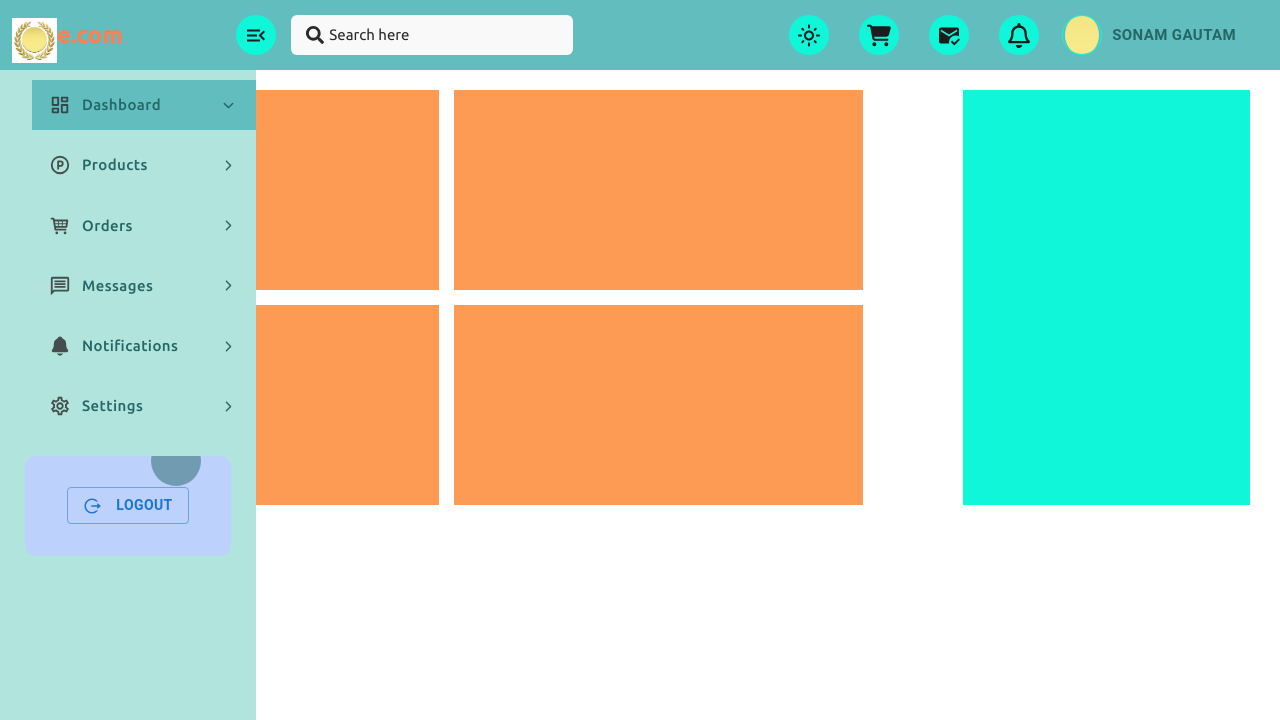
Repository: gautamsonam011/admin-react-dashboard
Page: /
An editor plug-in stored every save of this project. The page is shown before and after the next save, followed by the edit.
The browser window is 1280 px wide. The pictures show the whole page.
The project was rebuilt for these pictures with package versions that can differ from the ones it lists, and the page was loaded fresh each time.

Above is the page before, as saved 2025-04-16 12:42:55.

### src/App.js
import { BrowserRouter, Routes, Route } from 'react-router-dom';
import './App.css';
import 'bootstrap/dist/css/bootstrap.min.css';
import Dashboard from './pages/Dashboard/Dashboard';
import Header from "./components/Header/index";
import Sidebar from './components/Sidebar';

function App() {
  return (
    <BrowserRouter>
    <Header/>
    <div className='main d-flex'>
      <div className='sidebarWrapper'>
        <Sidebar/>
      </div>
    </div>
    <div className='content'>
    <Routes>
      <Route path = "/" exact={true} element={<Dashboard/>} />
    </Routes>
    </div>

    </BrowserRouter>
  );
}

export default App;

### src/App.css
@import url('https://fonts.googleapis.com/css2?family=Ubuntu:ital,wght@0,300;0,400;0,500;0,700;1,300;1,400;1,500;1,700&display=swap');

body{
  font-family: "Ubuntu", sans-serif !important;
  background-color: #f4f8f7;

}

header{
  width:100%;
  height: 70px;
  background-color:#62bebe;
  position: fixed;
  top:0px;
  left:0px;
  z-index: 1000;
}
header .logo{
  text-decoration: none;
}
header .logo img{
  margin-top: 10px;
  width:45px;

}

header .logo span{
color: coral;
font-weight: bolder;
font-size: 24px;
}
header button.rounded-circle{min-width:40px !important; width:40px !important; height: 40px !important; background-color:#0ff7d8 !important; margin: 15px;}
header button.rounded-circle svg{color:rgb(29, 27, 27); font-size: 25px !important; transition: all 0.2s ease-in-out;}
header button.rounded-circle:hover svg{color: #2585d4 !important;}
.searchBox{width:400px; height: 40px; background-color:#faf9f9; border-radius: 6px;padding: 3px 15px;}
.searchBox input{background: transparent;border:0px; outline:none; padding-left: 5px; font-size: 15px; color:#292929}
.searchBox input::-webkit-input-placeholder{color:#292929}
.searchBox svg{font-size: 18px; color:#292929 ;}

.userImg{display: flex; align-items:center; justify-content: center; overflow: hidden; width:40px; height: 40px; border:1px solid #0ff7d8; padding: 2px; border-radius: 100%;}
.userImg .rounded-circle{display: flex; align-items:center; justify-content: center; overflow: hidden; width: 40px; height: 40px; cursor: pointer; position: relative;}
.userImg .rounded-circle .img{object-fit: cover; width: 100%;}
.userInfo{padding-left: 10px;}
.userInfo h5{font-size: 15px; font-weight: 600; margin-bottom:0px; color: #266666;}

#account-menu li{font-size: 14px !important;}
#account-menu li svg{font-size: 20px !important}

.dropdown-info{padding-left: 6px;}
.dropdown-info h4{font-size: 15px; font-weight:600;margin-top: 2px; white-space: break-space; line-height: 21px;}
.dropdown-info p{font-size: 10px; color: #2585d4;}


/* Style for sidebar  */

.main .sidebarWrapper{width: 20%; flex: 0 0 20%; transition: all 0.3s ease-in-out;}
.main .sidebarWrapper .sidebar{width:20%; height: 100vh; position:fixed; top: 70px; left:0px; background:#b1e4dd; overflow-y: scroll; overflow-x: hidden;}
.main .sidebarWrapper .sidebar::-webkit-scrollbar-thumb{background: transparent !important; width:3px;}
.main .sidebarWrapper:hover .sidebar::-webkit-scrollbar{ background:#2585d4; width:3px;}
.main .sidebarWrapper .sidebar ul{margin-bottom:0px;}
.main .sidebarWrapper .sidebar ul li{list-style: none; margin-top:10px;}
.main .sidebarWrapper .sidebar ul li button{color:#266666; text-align: left; justify-content: left; border-radius:0px !important; padding: 12px 15px !important;
  align-items: center; text-transform: capitalize !important;font-family: "Ubuntu", sans-serif !important;
  margin-left: 0px; font-size: 15px !important;
}
.main .sidebarWrapper .sidebar ul li button .icon{display: flex; align-items:center; justify-content: center; width:25px; height:25px; margin-right: 10px;}
.main .sidebarWrapper .sidebar ul li button .icon svg{color:#292929; opacity: 0.8; font-size: 22px;}
.main .sidebarWrapper .sidebar ul li button .arrow{margin-left: auto; display: flex; align-items: center; justify-content: center; width: 25px; transition: all 0.3s ease-in-out}
.main .sidebarWrapper .sidebar ul li button:hover{background:#62bebe !important;}
.main .sidebarWrapper .sidebar ul li button.active{background: #62bebe !important;}
.main .sidebarWrapper .sidebar ul li button.active .arrow{transform: rotate(90deg);}

.main .sidebarWrapper .sidebar ul .submenu{padding: 0px 45px; position:relative; height:auto;}
.main .sidebarWrapper .sidebar ul .submenu::before{content:''; width:1px; height: 95%; position: absolute; top:0px; left:25px; background:rgba(0, 0, 0, 0.1);}
.main .sidebarWrapper .sidebar ul .submenu li{width:100%; list-style: none;}
.main .sidebarWrapper .sidebar ul .submenu li a{color:#266666 !important; text-decoration: none; font-family: "Ubuntu", sans-serif !important;
display: block; padding: 6px 0px; font-size: 14px !important; font-weight: 500; transition:all 0.3s}
.main .sidebarWrapper .sidebar ul .submenu li a:hover{color:#2585d4 !important;}

.main .sidebarWrapper .sidebar ul .submenuWrapper{transition:all 0.3s ease-in-out; height: 0px; overflow: hidden; }
.main .sidebarWrapper .sidebar ul .submenuWrapper.colapsed .submenu{opacity:0;}

.main .sidebarWrapper .sidebar ul .submenuWrapper.colapse{height:auto; overflow: inherit;}
.main .sidebarWrapper .sidebar ul .submenuWrapper.colapse .submenu{opacity:1; height:auto;}

.logoutWrapper{padding: 0px 25px;}
.logoutWrapper .logoutBox{width:100%; height:100px; padding: 25px; background:#bcd2fd; border-radius:10px; margin-bottom:20px; display:flex; align-items: center; justify-content: center;
position:relative; overflow:hidden;}
.logoutWrapper .logoutBox::before{content:''; width:50px; height:50px; background:#266666; border-radius: 100%; position:absolute; top: -20px; right: 30px; opacity:0.5}
.logoutWrapper .logoutBox::after{content:''; width:30px; height:30px; background:#266666; border-radius: 100%; position:absolute; top: -30px; left: 30px; opacity:0.5}
.logoutWrapper .logoutBox button{font-size:14px !important; font-weight: 600 !important; }
.logoutWrapper .logoutBox button svg{margin-right: 15px; font-size:18px;}

.main .content{width:80%; flex: 0 0 80%;}
.right-content{padding: 90px 30px;}
.dashboardBoxWrapper{gap: 15px; width:100%; flex-wrap: wrap;}
.dashboardBoxWrapper .dashboardBox{width:45%; height: 200px; background-color:rgb(253, 154, 83);}
.dashboardBoxWrapperRow .box{width:100%; height: 100%; background:#0ff7d8;}

### src/pages/Dashboard/Dashboard.jsx
const Dashboard = () => {
    return (
        <div className="right-content w-100">
            <div className="row dashboardBoxWrapperRow ">
                <div className="col-md-9">
                    <div className="dashboardBoxWrapper d-flex">
                        <div className="dashboardBox"></div>
                        <div className="dashboardBox"></div>
                        <div className="dashboardBox"></div>
                        <div className="dashboardBox"></div>
                    </div>
                </div>
                <div className="col-md-3">
                    <div className="box"></div>
                </div>
            </div>
        </div>
    )
}

export default Dashboard;

### src/components/Header/index.jsx
import React, { useState } from 'react';
import { Link } from "react-router-dom";
import logo from "../../assests/images/logo.jpg";
import Button from '@mui/material/Button';
import { MdMenuOpen } from "react-icons/md";
// import { MdOutlineMenu } from "react-icons/md";
import SearchBox from "../SearchBox";
import { MdOutlineLightMode } from "react-icons/md";
// import { MdDarkMode } from "react-icons/md";
import { FaCartShopping } from "react-icons/fa6";
import { MdMarkEmailRead } from "react-icons/md";
import { FaRegBell } from "react-icons/fa";


import Avatar from '@mui/material/Avatar';
import Menu from '@mui/material/Menu';
import MenuItem from '@mui/material/MenuItem';
import ListItemIcon from '@mui/material/ListItemIcon';
import Divider from '@mui/material/Divider';
import { FaShieldAlt } from "react-icons/fa";
import Settings from '@mui/icons-material/Settings';
import Logout from '@mui/icons-material/Logout';

const Header = () => {
    const [anchorEl, setAnchorEl] = useState(null);
    const [anchorElNotification, setAnchorElNotification] = useState(null);

    const open = Boolean(anchorEl);

    const handleOpenMyAccountDropdown = (event) => {
        if (anchorEl) {
            setAnchorEl(null);
        } else {
            setAnchorEl(event.currentTarget);
        }
    };

    const handleOpenMyAccountDropdownClose = () => {
        setAnchorEl(null);
    };

    // For Notification dropdown
    const handleOpennotificationsDrop = (event) => {
        setAnchorElNotification(event.currentTarget);
    };

    const handleClosenotificationsDrop = () => {
        setAnchorElNotification(null);
    };



    return (
        <>
            <header>
                <div className="container-fluid">
                    <div className="row d-flex align-items-center w-100">
                        {/* logo */}
                        <div className="col-sm-2">
                            <Link to="/" className="d-flex align-items-center logo">
                                <img src={logo} alt="logo" />
                                <span className="ml-2">e.com</span>
                            </Link>
                        </div>
                        <div className="col-sm-3 d-flex align-items-center pl-4">
                            <Button className="rounded-circle"><MdMenuOpen /></Button>
                            <SearchBox />
                        </div>
                        <div className="col-sm-7 d-flex align-items-center justify-content-end part3">
                            <Button className="rounded-circle"><MdOutlineLightMode /></Button>
                            <Button className="rounded-circle"><FaCartShopping /></Button>
                            <Button className="rounded-circle"><MdMarkEmailRead /></Button>
                            <Button className="rounded-circle" onClick={handleOpennotificationsDrop}>
                                <FaRegBell />
                            </Button>
                            <Menu
                                anchorEl={anchorElNotification}
                                open={Boolean(anchorElNotification)}
                                onClose={handleClosenotificationsDrop}
                                onClick={handleClosenotificationsDrop}
                                slotProps={{
                                    paper: {
                                        elevation: 0,
                                        sx: {
                                            overflow: 'visible',
                                            filter: 'drop-shadow(0px 2px 8px rgba(0,0,0,0.32))',
                                            mt: 1.5,
                                            '&::before': {
                                                content: '""',
                                                display: 'block',
                                                position: 'absolute',
                                                top: 0,
                                                right: 14,
                                                width: 10,
                                                height: 10,
                                                bgcolor: 'background.paper',
                                                transform: 'translateY(-50%) rotate(45deg)',
                                                zIndex: 0,
                                            },
                                        },
                                    },
                                }}
                                transformOrigin={{ horizontal: 'right', vertical: 'top' }}
                                anchorOrigin={{ horizontal: 'right', vertical: 'bottom' }}
                            >
                                <MenuItem onClick={handleClosenotificationsDrop}>
                                    Orders(12)
                                </MenuItem>
                                <Divider className="mb-2" />
                                <MenuItem onClick={handleClosenotificationsDrop}>
                                    <div className="d-flex align-items-center dropdown-list">

                                        <div className="userImg">
                                        <span className="rounded-circle">
                                            <img src={logo} alt="profile" />
                                        </span>

                                    </div>
                                    <div className='dropdown-info'>
                                        <h4><b>Sona</b> added Leather New Shoes</h4>
                                        <p>Few minutes ago</p>
                                    </div>
                                    </div>

                                </MenuItem>
                                <MenuItem onClick={handleClosenotificationsDrop}>
                                    <div className="d-flex align-items-center dropdown-list">

                                        <div className="userImg">
                                        <span className="rounded-circle">
                                            <img src={logo} alt="profile" />
                                        </span>

                                    </div>
                                    <div className='dropdown-info'>
                                        <h4><b>Sona</b> added Leather New Shoes</h4>
                                        <p>Few minutes ago</p>
                                    </div>
                                    </div>

                                </MenuItem>
                            </Menu>

                            <div className="myAccountWrapper">
                                <Button className="myAccount d-flex align-items-center" onClick={handleOpenMyAccountDropdown}>
                                    <div className="userImg">
                                        <span className="rounded-circle">
                                            <img src={logo} alt="profile" />
                                        </span>

                                    </div>
                                    <div className="userInfo">
                                        <h5>Sonam Gautam</h5>
                                    </div>

                                    <Menu
                                        anchorEl={anchorEl}
                                        id="account-menu"
                                        open={open}
                                        onClose={handleOpenMyAccountDropdownClose}
                                        onClick={handleOpenMyAccountDropdownClose}
                                        slotProps={{
                                            paper: {
                                                elevation: 0,
                                                sx: {
                                                    overflow: 'visible',
                                                    filter: 'drop-shadow(0px 2px 8px rgba(0,0,0,0.32))',
                                                    mt: 1.5,
                                                    '& .MuiAvatar-root': {
                                                        width: 32,
                                                        height: 32,
                                                        ml: -0.5,
                                                        mr: 1,
                                                    },
                                                    '&::before': {
                                                        content: '""',
                                                        display: 'block',
                                                        position: 'absolute',
                                                        top: 0,
                                                        right: 14,
                                                        width: 10,
                                                        height: 10,
                                                        bgcolor: 'background.paper',
                                                        transform: 'translateY(-50%) rotate(45deg)',
                                                        zIndex: 0,
                                                    },
                                                },
                                            },
                                        }}
                                        transformOrigin={{ horizontal: 'right', vertical: 'top' }}
                                        anchorOrigin={{ horizontal: 'right', vertical: 'bottom' }}
                                    >
                                        <MenuItem onClick={handleOpenMyAccountDropdownClose}>
                                            <Avatar /> Profile
                                        </MenuItem>
                                        <Divider />
                                        <MenuItem onClick={handleOpenMyAccountDropdownClose}>
                                            <ListItemIcon>
                                                <FaShieldAlt fontSize="small" />
                                            </ListItemIcon>
                                            Reset Password
                                        </MenuItem>
                                        <MenuItem onClick={handleOpenMyAccountDropdownClose}>
                                            <ListItemIcon>
                                                <Settings fontSize="small" />
                                            </ListItemIcon>
                                            Settings
                                        </MenuItem>
                                        <MenuItem onClick={handleOpenMyAccountDropdownClose}>
                                            <ListItemIcon>
                                                <Logout fontSize="small" />
                                            </ListItemIcon>
                                            Logout
                                        </MenuItem>
                                    </Menu>
                                </Button>
                            </div>
                        </div>
                    </div>
                </div>
            </header>
        </>
    )
}

export default Header

### src/components/Sidebar/index.jsx
import Button from '@mui/material/Button';
import { RiDashboardLine } from "react-icons/ri";
import { IoIosArrowForward } from "react-icons/io";
import { TbBrandProducthunt } from "react-icons/tb";
import { TiShoppingCart } from "react-icons/ti";
import { MdOutlineMessage } from "react-icons/md";
import { IoNotifications } from "react-icons/io5";
import { MdOutlineSettings } from "react-icons/md";
import { Link } from 'react-router-dom';
import React, {useState} from "react";
import { RiLogoutCircleRLine } from "react-icons/ri";

const Sidebar = () =>{
    const [activeTab, setActiveTab] = useState(0);
    const [isToggleSubmenu, setIsToggleSubmenu] = useState(false);

    const isOpenSubmenu = (index) =>{
        setActiveTab(index);
        setIsToggleSubmenu(!isToggleSubmenu);


    }

    return(
        <div className="sidebar">
            <ul>
                <li>
                    <Link to="/">
                    <Button className={`w-100 ${activeTab === 0 ? 'active' : ''}`} onClick={()=>isOpenSubmenu(0)}>
                        <span className='icon'><RiDashboardLine/></span>
                        Dashboard
                        <span className="arrow"><IoIosArrowForward/></span>
                    </Button>
                    </Link>
                </li>
                <li>
                    <Button className={`w-100 ${activeTab === 1 && isToggleSubmenu===true ?  'active' : ''}`} onClick={()=>isOpenSubmenu(1)}>
                        <span className='icon'><TbBrandProducthunt/></span>
                        Products
                        <span className="arrow"><IoIosArrowForward/></span>
                    </Button>
                    <div className={`submenuWrapper ${activeTab===1 && isToggleSubmenu===true ? 'colapse':'colapsed'}`}>
                    <ul className='submenu'>
                        <li><Link to="#">Product Add</Link></li>
                        <li><Link to="#">Product List</Link></li>
                        <li><Link to="#">Product View</Link></li>
                    </ul>
                    </div>
                </li>
                <li>
                    <Link to="/">
                    <Button className={`w-100 ${activeTab === 2 ? 'active' : ''}`} onClick={()=>isOpenSubmenu(2)}>
                        <span className='icon'><TiShoppingCart/></span>
                        Orders
                        <span className="arrow"><IoIosArrowForward/></span>
                    </Button>
                    </Link>
                </li>
                <li>
                    <Link to="/">
                    <Button className={`w-100 ${activeTab === 3 ? 'active' : ''}`} onClick={()=>isOpenSubmenu(3)}>
                        <span className='icon'><MdOutlineMessage/></span>
                        Messages
                        <span className="arrow"><IoIosArrowForward/></span>
                    </Button>
                    </Link>
                </li>
                <li>
                    <Link to="/">
                    <Button className={`w-100 ${activeTab === 4 ? 'active' : ''}`} onClick={()=>isOpenSubmenu(4)}>
                        <span className='icon'><IoNotifications/></span>
                        Notifications
                        <span className="arrow"><IoIosArrowForward/></span>
                    </Button>
                    </Link>
                </li>
                <li>
                    <Link to="/">
                    <Button className={`w-100 ${activeTab === 5 ? 'active' : ''}`} onClick={()=>isOpenSubmenu(5)}>
                        <span className='icon'><MdOutlineSettings /></span>
                        Settings
                        <span className="arrow"><IoIosArrowForward/></span>
                    </Button>
                    </Link>
                </li>
            </ul>
            <br/>
            <div className="logoutWrapper">
                <div className="logoutBox">
            <Button variant="outlined"> <RiLogoutCircleRLine/>Logout</Button>
            </div>
            </div>
        </div>
    )
}

export default Sidebar

### src/components/SearchBox.jsx
import { FaSearch } from "react-icons/fa";

const SearchBox = () =>{
    return (
        <div className="searchBox position-relative d-flex align-items-center">
            <FaSearch className="mr-2" />
            <input type="text" placeholder="Search here"  />
        </div>
    )
}

export default SearchBox;

Loaded but not shown: public/index.html (common file); src/index.js (common file); src/reportWebVitals.js (common file)

After the next save:
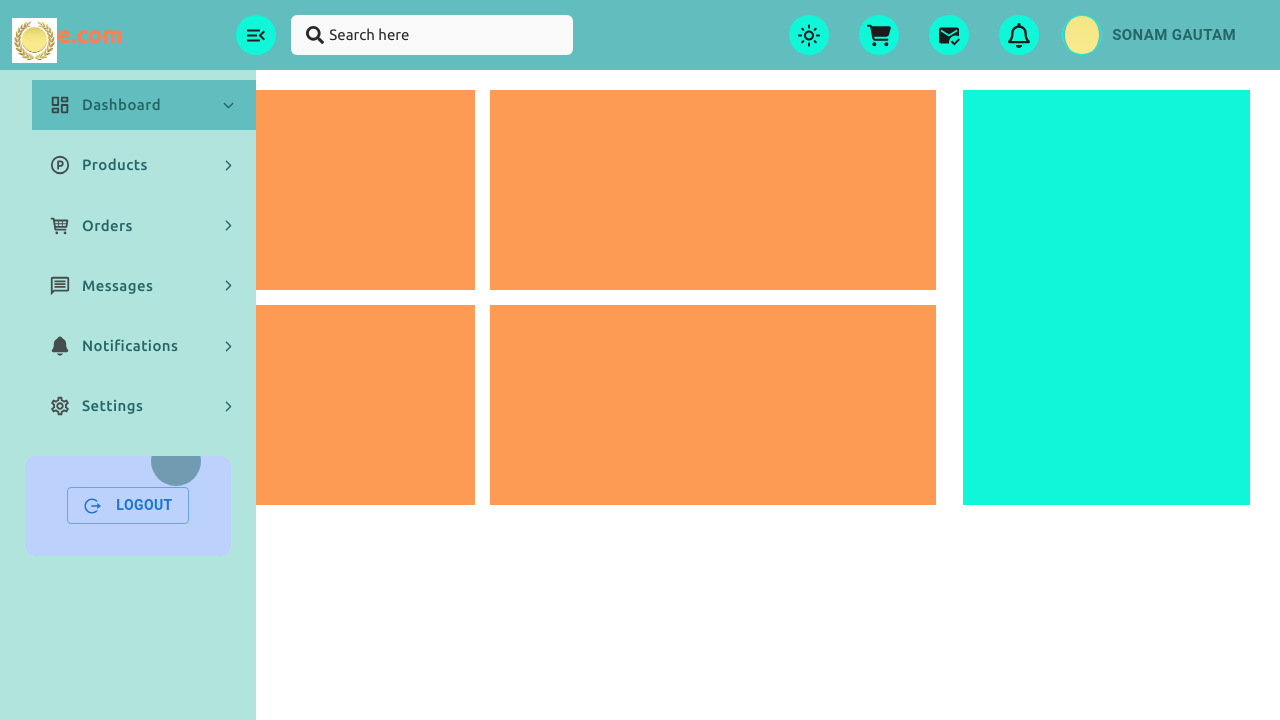
Saved 45 s later.
--- a/src/App.css
+++ b/src/App.css
@@ -94,5 +94,5 @@ position:relative; overflow:hidden;}
 .main .content{width:80%; flex: 0 0 80%;}
 .right-content{padding: 90px 30px;}
 .dashboardBoxWrapper{gap: 15px; width:100%; flex-wrap: wrap;}
-.dashboardBoxWrapper .dashboardBox{width:45%; height: 200px; background-color:rgb(253, 154, 83);}
+.dashboardBoxWrapper .dashboardBox{width:49%; height: 200px; background-color:rgb(253, 154, 83);}
 .dashboardBoxWrapperRow .box{width:100%; height: 100%; background:#0ff7d8;}
